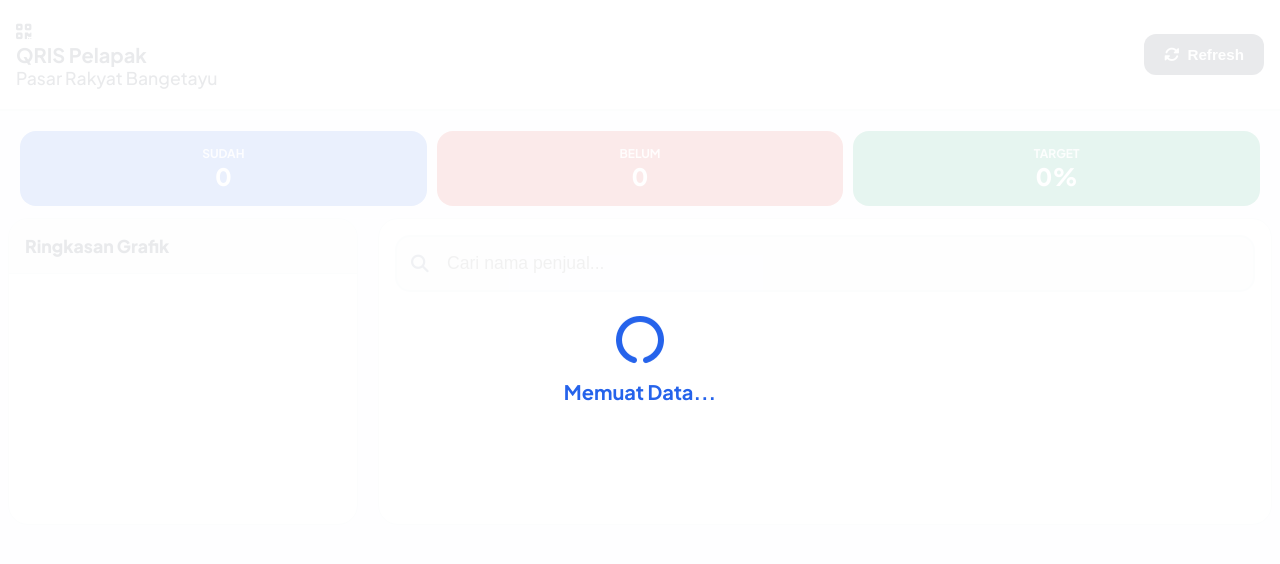
Repository: pasarrakyatbak/monitoringqrispelapak
Page: qris.html
The author's editor kept a copy of each file at every save. The page is drawn from the files as they stood at one save, then again after the next save.
The browser window is 1280 px wide. The pictures show the whole page.
The page's requests for data from a server got no answer.

Above is the page before, as saved 2026-01-06 19:34:03.

### qris.html
<!DOCTYPE html>
<html lang="id">

<head>
    <meta charset="UTF-8">
    <meta name="viewport" content="width=device-width, initial-scale=1.0, maximum-scale=1.0">
    <title>Monitoring QRIS - Pelapak</title>
    <link href="https://fonts.googleapis.com/css2?family=Plus+Jakarta+Sans:wght@500;700;800&display=swap"
        rel="stylesheet">
    <link rel="stylesheet" href="https://cdnjs.cloudflare.com/ajax/libs/font-awesome/6.4.0/css/all.min.css">
    <link rel="stylesheet" href="qris.css">
    <script src="https://cdn.jsdelivr.net/npm/chart.js"></script>
</head>

<body>

    <div id="loading-overlay" class="overlay">
        <div class="loader-box">
            <i class="fas fa-circle-notch fa-spin"></i>
            <p>Memuat Data...</p>
        </div>
    </div>

    <div class="app-shell">
        <header class="top-nav">
            <div class="brand">
                <i class="fas fa-qrcode"></i>
                <div>
                    <h1>QRIS Pelapak</h1>
                    <p>Pasar Rakyat Bangetayu</p>
                </div>
            </div>
            <button class="refresh-btn" onclick="refreshData()" title="Segarkan Data">
                <i class="fas fa-sync-alt"></i> <span>Refresh</span>
            </button>
        </header>

        <main class="main-content">
            <div class="stat-grid">
                <div class="s-card blue">
                    <p>SUDAH</p>
                    <h3 id="jmlSudah">0</h3>
                </div>
                <div class="s-card rose">
                    <p>BELUM</p>
                    <h3 id="jmlBelum">0</h3>
                </div>
                <div class="s-card emerald">
                    <p>TARGET</p>
                    <h3 id="persenQRIS">0%</h3>
                </div>
            </div>

            <div class="dashboard-layout">
                <section class="panel chart-panel">
                    <div class="panel-header">Ringkasan Grafik</div>
                    <div class="chart-container">
                        <canvas id="chartQRIS"></canvas>
                    </div>
                </section>

                <section class="panel list-panel">
                    <div class="search-bar">
                        <div class="input-group">
                            <i class="fas fa-search"></i>
                            <input type="text" id="searchLapak" placeholder="Cari nama penjual..."
                                onkeyup="filterLapak()">
                        </div>
                    </div>

                    <div id="data-container">
                        <div id="listPelapak" class="list-pelapak"></div>
                    </div>
                </section>
            </div>
        </main>
    </div>

    <div id="toast" class="toast">Data Berhasil Disimpan!</div>

    <script src="qris.js"></script>
</body>

</html>

### qris.css
:root {
    --primary: #2563eb;
    --emerald: #059669;
    --rose: #dc2626;
    --slate-800: #1e293b;
    --white: #ffffff;
    /* Ukuran teks proporsional untuk orang tua */
    --text-xl: 1.5rem;
    /* 24px */
    --text-lg: 1.25rem;
    /* 20px */
    --text-base: 1.1rem;
    /* 18px - Standar teks orang tua */
    --text-sm: 0.95rem;
    /* 15px */
}

* {
    margin: 0;
    padding: 0;
    box-sizing: border-box;
}

body {
    font-family: 'Plus Jakarta Sans', sans-serif;
    background: #f8fafc;
    color: var(--slate-800);
    font-size: var(--text-base);
    /* Default teks besar */
}

/* Loading Overlay Full Screen */
.overlay {
    position: fixed;
    top: 0;
    left: 0;
    width: 100%;
    height: 100%;
    background: rgba(255, 255, 255, 0.9);
    display: flex;
    justify-content: center;
    align-items: center;
    z-index: 9999;
}

.loader-box {
    text-align: center;
    color: var(--primary);
}

.loader-box i {
    font-size: 3rem;
    margin-bottom: 15px;
}

.loader-box p {
    font-weight: 700;
    font-size: var(--text-lg);
}

/* Header & Refresh */
.top-nav {
    display: flex;
    justify-content: space-between;
    align-items: center;
    padding: 20px 16px;
    background: var(--white);
    border-bottom: 2px solid #e2e8f0;
    sticky;
    top: 0;
    z-index: 100;
}

.brand h1 {
    font-size: var(--text-lg);
}

.refresh-btn {
    padding: 12px 20px;
    border-radius: 12px;
    border: none;
    background: var(--slate-800);
    color: white;
    font-weight: 700;
    font-size: var(--text-sm);
    cursor: pointer;
    display: flex;
    align-items: center;
    gap: 8px;
}

/* Stats */
.stat-grid {
    display: grid;
    grid-template-columns: repeat(3, 1fr);
    gap: 10px;
    padding: 12px;
}

.s-card {
    padding: 15px 5px;
    border-radius: 16px;
    text-align: center;
    color: white;
}

.s-card.blue {
    background: #2563eb;
}

.s-card.rose {
    background: #dc2626;
}

.s-card.emerald {
    background: #059669;
}

.s-card h3 {
    font-size: var(--text-xl);
    font-weight: 800;
}

.s-card p {
    font-size: 0.75rem;
    font-weight: 700;
    opacity: 0.9;
}

/* Dashboard Layout */
.main-content {
    padding: 8px;
}

.panel {
    background: white;
    border-radius: 20px;
    border: 1px solid #e2e8f0;
    margin-bottom: 16px;
    overflow: hidden;
}

.panel-header {
    padding: 16px;
    font-weight: 800;
    border-bottom: 1px solid #e2e8f0;
    background: #f1f5f9;
}

/* Card Style for List (Pengganti Table agar tidak geser kanan-kiri) */
.list-pelapak {
    display: flex;
    flex-direction: column;
    gap: 12px;
    padding: 12px;
}

.pelapak-item {
    background: #fff;
    border: 2px solid #f1f5f9;
    padding: 20px;
    border-radius: 18px;
    box-shadow: 0 4px 6px -1px rgba(0, 0, 0, 0.05);
}

.p-name {
    font-size: var(--text-lg);
    font-weight: 700;
    margin-bottom: 15px;
    color: var(--primary);
    display: block;
}

/* Input & Select Besar */
.label-hint {
    display: block;
    font-size: 0.85rem;
    color: #64748b;
    margin-bottom: 6px;
    font-weight: 700;
}

.input-big {
    width: 100%;
    padding: 14px;
    border-radius: 12px;
    border: 2px solid #cbd5e1;
    font-size: var(--text-base);
    margin-bottom: 16px;
    outline: none;
}

.input-big:focus {
    border-color: var(--primary);
}

.btn-simpan {
    width: 100%;
    padding: 16px;
    border-radius: 12px;
    background: var(--primary);
    color: white;
    border: none;
    font-size: var(--text-base);
    font-weight: 800;
    cursor: pointer;
    box-shadow: 0 4px 0 #1e40af;
    /* Efek 3D agar jelas itu tombol */
}

.btn-simpan:active {
    transform: translateY(2px);
    box-shadow: none;
}

.btn-simpan:disabled {
    background: #94a3b8;
    box-shadow: none;
}

/* Search Bar Besar */
.search-bar {
    padding: 16px;
}

.input-group {
    position: relative;
}

.input-group i {
    position: absolute;
    left: 16px;
    top: 50%;
    transform: translateY(-50%);
    color: #64748b;
}

.input-group input {
    width: 100%;
    padding: 16px 16px 16px 50px;
    border-radius: 15px;
    border: 2px solid #e2e8f0;
    font-size: var(--text-base);
    background: #f1f5f9;
}

/* Toast */
.toast {
    position: fixed;
    bottom: 30px;
    left: 50%;
    transform: translateX(-50%);
    background: #1e293b;
    color: white;
    padding: 15px 30px;
    border-radius: 50px;
    font-weight: 700;
    display: none;
    z-index: 10000;
}

/* Grafik Height */
.chart-container {
    height: 250px;
    padding: 16px;
}

@media (min-width: 800px) {
    .dashboard-layout {
        display: grid;
        grid-template-columns: 350px 1fr;
        gap: 20px;
    }

    .list-pelapak {
        display: grid;
        grid-template-columns: 1fr 1fr;
        gap: 16px;
    }
}

### qris.js
const API_URL = "https://script.google.com/macros/s/AKfycby4z2qZ24SrJkcyGpybH29lSUC_3_z1LG-7wSmTzpaOEXrwjXf0Cl3hqkg95qAxPj1-/exec";

let masterData = [];
let chart;

async function init() {
    await Promise.all([fetchData(), fetchStats()]);
}

async function fetchData() {
    const res = await fetch(`${API_URL}?action=listQRIS`);
    const json = await res.json();
    masterData = json.data;
    renderData(masterData);
}

async function fetchStats() {
    const res = await fetch(`${API_URL}?action=statistikQRIS`);
    const d = await res.json();

    document.getElementById("jmlSudah").innerText = d.sudah;
    document.getElementById("jmlBelum").innerText = d.belum;
    const p = Math.round((d.sudah / d.totalPelapak) * 100) || 0;
    document.getElementById("persenQRIS").innerText = p + "%";

    drawChart(d.sudah, d.belum);
}

function renderData(data) {
    const container = document.getElementById("dataQRIS");
    container.innerHTML = data.map(d => `
        <tr>
            <td data-label="Pelapak">
                <div>${d.nama}</div>
                <span class="status-badge ${d.statusQRIS === 'Sudah' ? 'bg-s' : 'bg-b'}">${d.statusQRIS}</span>
            </td>
            <td data-label="No. Lapak">
                <input type="text" class="input-group" style="padding: 6px 10px" id="lapak-${d.no}" value="${d.nomorLapak || ''}">
            </td>
            <td data-label="Aksi">
                <div class="action-row">
                    <select id="status-${d.no}" style="padding: 6px; border-radius: 6px; border: 1px solid #ddd">
                        <option value="Belum" ${d.statusQRIS === 'Belum' ? 'selected' : ''}>Belum QRIS</option>
                        <option value="Sudah" ${d.statusQRIS === 'Sudah' ? 'selected' : ''}>Sudah QRIS</option>
                    </select>
                    <button class="btn-save" id="btn-${d.no}" onclick="updateData(${d.no})">Simpan</button>
                </div>
            </td>
        </tr>
    `).join('');
}

async function updateData(no) {
    const btn = document.getElementById(`btn-${no}`);
    const lp = document.getElementById(`lapak-${no}`).value;
    const st = document.getElementById(`status-${no}`).value;

    btn.disabled = true;
    btn.innerText = "Processing...";

    try {
        await fetch(`${API_URL}?action=updateQRISPelapak&no=${no}&nomorLapak=${encodeURIComponent(lp)}&statusQRIS=${st}`, { method: "POST" });
        showToast();
        await init();
    } catch (e) {
        alert("Terjadi kesalahan");
    } finally {
        btn.disabled = false;
        btn.innerText = "Simpan";
    }
}

function drawChart(s, b) {
    const ctx = document.getElementById("chartQRIS");
    if (chart) chart.destroy();

    chart = new Chart(ctx, {
        type: 'doughnut',
        data: {
            labels: ['Sudah QRIS', 'Belum QRIS'],
            datasets: [{
                data: [s, b],
                backgroundColor: ['#4338ca', '#f43f5e'],
                hoverOffset: 10,
                borderWidth: 0,
                borderRadius: 5
            }]
        },
        options: {
            maintainAspectRatio: false,
            cutout: '75%',
            plugins: {
                legend: { position: 'bottom', labels: { usePointStyle: true, font: { size: 12, weight: '600' } } }
            }
        }
    });
}

function filterLapak() {
    const val = document.getElementById("searchLapak").value.toLowerCase();
    renderData(masterData.filter(x => x.nama.toLowerCase().includes(val)));
}

function filterBelumQRIS() {
    renderData(masterData.filter(x => x.statusQRIS !== 'Sudah'));
}

function showToast() {
    const t = document.getElementById("toast");
    t.style.display = "block";
    setTimeout(() => t.style.display = "none", 2500);
}

document.addEventListener("DOMContentLoaded", init);

After the next save:
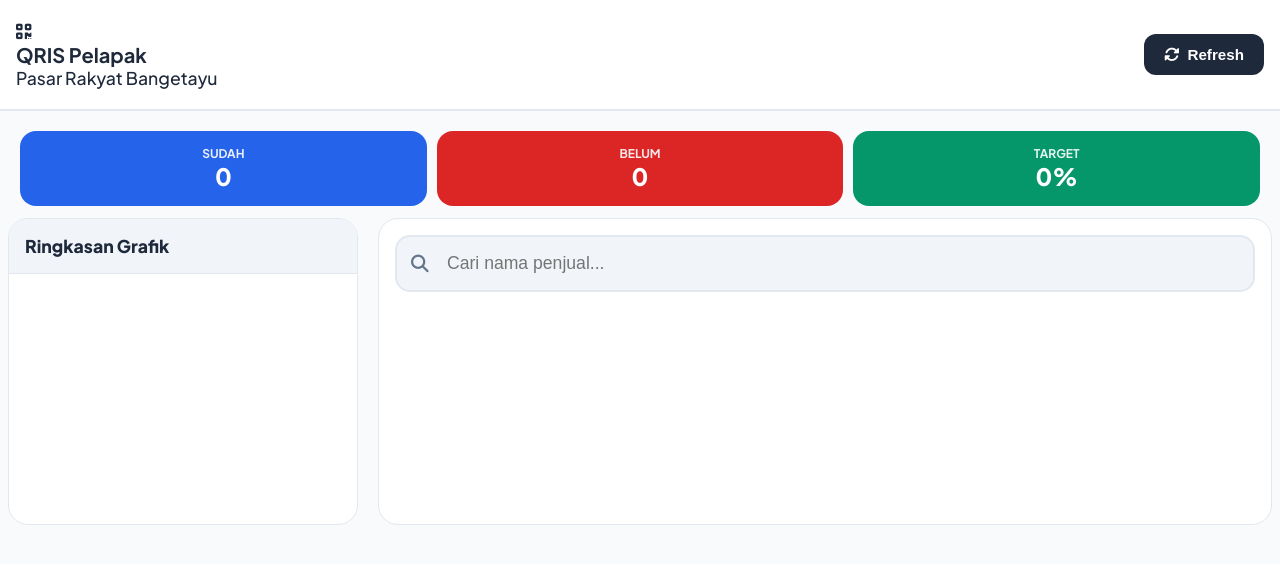
Saved 20 s later.
--- a/qris.js
+++ b/qris.js
@@ -1,10 +1,26 @@
 const API_URL = "https://script.google.com/macros/s/AKfycby4z2qZ24SrJkcyGpybH29lSUC_3_z1LG-7wSmTzpaOEXrwjXf0Cl3hqkg95qAxPj1-/exec";
 
 let masterData = [];
-let chart;
+let chartInstance;
+
+// Fungsi Menampilkan/Sembunyikan Loading Utama
+function toggleLoader(show) {
+    document.getElementById("loading-overlay").style.display = show ? "flex" : "none";
+}
 
 async function init() {
-    await Promise.all([fetchData(), fetchStats()]);
+    toggleLoader(true);
+    try {
+        await Promise.all([fetchData(), fetchStats()]);
+    } catch (e) {
+        alert("Gagal memuat data. Periksa koneksi internet.");
+    } finally {
+        toggleLoader(false);
+    }
+}
+
+async function refreshData() {
+    await init();
 }
 
 async function fetchData() {
@@ -26,27 +42,31 @@ async function fetchStats() {
     drawChart(d.sudah, d.belum);
 }
 
+// Render data menggunakan format KARTU (bukan tabel) agar tidak geser kanan kiri
 function renderData(data) {
-    const container = document.getElementById("dataQRIS");
+    const container = document.getElementById("listPelapak");
+    if (data.length === 0) {
+        container.innerHTML = `<p style="text-align:center; padding:20px;">Nama tidak ditemukan...</p>`;
+        return;
+    }
+
     container.innerHTML = data.map(d => `
-        <tr>
-            <td data-label="Pelapak">
-                <div>${d.nama}</div>
-                <span class="status-badge ${d.statusQRIS === 'Sudah' ? 'bg-s' : 'bg-b'}">${d.statusQRIS}</span>
-            </td>
-            <td data-label="No. Lapak">
-                <input type="text" class="input-group" style="padding: 6px 10px" id="lapak-${d.no}" value="${d.nomorLapak || ''}">
-            </td>
-            <td data-label="Aksi">
-                <div class="action-row">
-                    <select id="status-${d.no}" style="padding: 6px; border-radius: 6px; border: 1px solid #ddd">
-                        <option value="Belum" ${d.statusQRIS === 'Belum' ? 'selected' : ''}>Belum QRIS</option>
-                        <option value="Sudah" ${d.statusQRIS === 'Sudah' ? 'selected' : ''}>Sudah QRIS</option>
-                    </select>
-                    <button class="btn-save" id="btn-${d.no}" onclick="updateData(${d.no})">Simpan</button>
-                </div>
-            </td>
-        </tr>
+        <div class="pelapak-item">
+            <span class="p-name">${d.no}. ${d.nama}</span>
+
+            <label class="label-hint">Nomor Lapak:</label>
+            <input type="text" class="input-big" id="lapak-${d.no}" value="${d.nomorLapak || ''}" placeholder="Contoh: A-01">
+
+            <label class="label-hint">Status Pembayaran QRIS:</label>
+            <select class="input-big" id="status-${d.no}">
+                <option value="Belum" ${d.statusQRIS === 'Belum' ? 'selected' : ''}>❌ BELUM ADA</option>
+                <option value="Sudah" ${d.statusQRIS === 'Sudah' ? 'selected' : ''}>✅ SUDAH ADA</option>
+            </select>
+
+            <button class="btn-simpan" id="btn-${d.no}" onclick="updateData(${d.no})">
+                <i class="fas fa-save"></i> SIMPAN PERUBAHAN
+            </button>
+        </div>
     `).join('');
 }
 
@@ -55,42 +75,44 @@ async function updateData(no) {
     const lp = document.getElementById(`lapak-${no}`).value;
     const st = document.getElementById(`status-${no}`).value;
 
+    // Loading pada tombol
+    const originalText = btn.innerHTML;
     btn.disabled = true;
-    btn.innerText = "Processing...";
+    btn.innerHTML = `<i class="fas fa-spinner fa-spin"></i> MENYIMPAN...`;
 
     try {
         await fetch(`${API_URL}?action=updateQRISPelapak&no=${no}&nomorLapak=${encodeURIComponent(lp)}&statusQRIS=${st}`, { method: "POST" });
         showToast();
-        await init();
+        await Promise.all([fetchData(), fetchStats()]); // Refresh data tanpa overlay full
     } catch (e) {
-        alert("Terjadi kesalahan");
+        alert("Gagal menyimpan data.");
     } finally {
         btn.disabled = false;
-        btn.innerText = "Simpan";
+        btn.innerHTML = originalText;
     }
 }
 
 function drawChart(s, b) {
     const ctx = document.getElementById("chartQRIS");
-    if (chart) chart.destroy();
+    if (chartInstance) chartInstance.destroy();
 
-    chart = new Chart(ctx, {
+    chartInstance = new Chart(ctx, {
         type: 'doughnut',
         data: {
-            labels: ['Sudah QRIS', 'Belum QRIS'],
+            labels: ['Sudah', 'Belum'],
             datasets: [{
                 data: [s, b],
-                backgroundColor: ['#4338ca', '#f43f5e'],
-                hoverOffset: 10,
-                borderWidth: 0,
-                borderRadius: 5
+                backgroundColor: ['#2563eb', '#f43f5e'],
+                borderWidth: 0
             }]
         },
         options: {
             maintainAspectRatio: false,
-            cutout: '75%',
             plugins: {
-                legend: { position: 'bottom', labels: { usePointStyle: true, font: { size: 12, weight: '600' } } }
+                legend: {
+                    position: 'bottom',
+                    labels: { font: { size: 14, weight: 'bold', family: 'Plus Jakarta Sans' }, padding: 20 }
+                }
             }
         }
     });
@@ -98,17 +120,14 @@ function drawChart(s, b) {
 
 function filterLapak() {
     const val = document.getElementById("searchLapak").value.toLowerCase();
-    renderData(masterData.filter(x => x.nama.toLowerCase().includes(val)));
-}
-
-function filterBelumQRIS() {
-    renderData(masterData.filter(x => x.statusQRIS !== 'Sudah'));
+    const filtered = masterData.filter(x => x.nama.toLowerCase().includes(val));
+    renderData(filtered);
 }
 
 function showToast() {
     const t = document.getElementById("toast");
     t.style.display = "block";
-    setTimeout(() => t.style.display = "none", 2500);
+    setTimeout(() => t.style.display = "none", 3000);
 }
 
 document.addEventListener("DOMContentLoaded", init);
